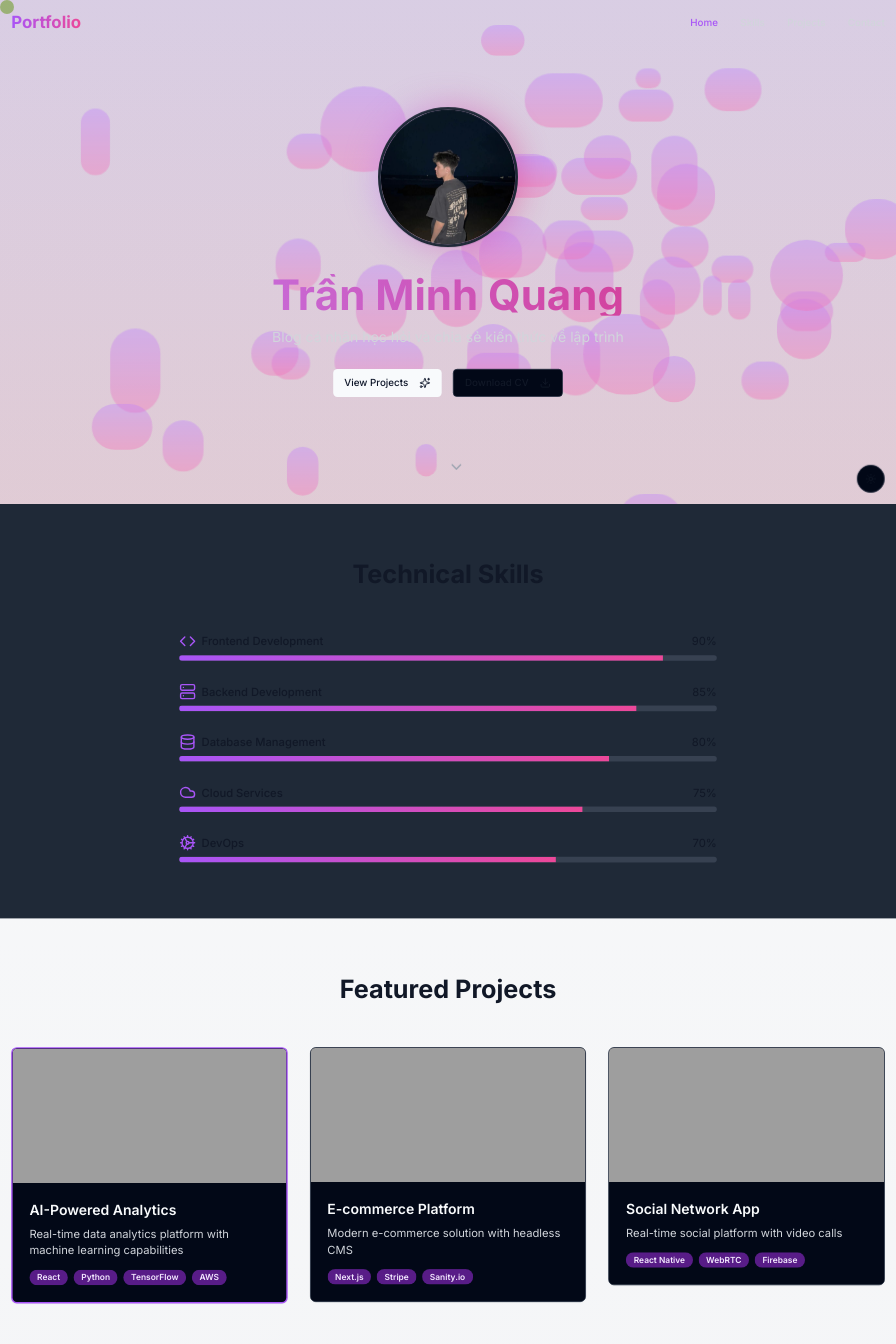
Repository: minhquang203/blog
Page: /
These files come from the project's save history. The page is drawn as it stood at one moment and after the next save; the edit follows.
The browser window is 1280 px wide. The pictures show the part of the page from y = 0 to 1920 px (the page is 2676 px tall), at 70% of full size.
Pictures or frames that could not be fetched are drawn as grey boxes. The project was rebuilt for these pictures with package versions that can differ from the ones it lists, and the page was loaded fresh each time. The framework's server and built-in components were replaced by stand-ins that run in the browser. Also part of the build but not shown: next.config.ts.

Above is the page before, as saved 2024-12-24 18:16:33.

### app/layout.tsx
import { Inter } from 'next/font/google'
import './globals.css'

const inter = Inter({ subsets: ['latin'] })

export default function RootLayout({
  children,
}: {
  children: React.ReactNode
}) {
  return (
    <html lang="en" className="scroll-smooth">
      <head>
        <title>Minh Quang - Web Developer Portfolio</title>
        <meta name="description" content="Full Stack Web Developer specializing in React, Node.js, and modern web technologies" />
      </head>
      <body className={`${inter.className} dark:bg-gray-900`}>
        {children}
      </body>
    </html>
  )
}

### app/page.tsx
"use client";

import { ContactForm } from "@/components/ContactForm";
import { Navbar } from "@/components/Navbar";
import { ProjectCard } from "@/components/ProjectCard";
import { SkillBar } from "@/components/SkillBar";
import { Button } from "@/components/ui/button";
import { motion, useScroll } from "framer-motion";
import {
  ChevronDown,
  Cloud,
  Code,
  Cog,
  Database,
  Download,
  Github,
  Globe,
  Linkedin,
  Mail,
  Moon,
  Server,
  Sparkles,
  Sun,
} from "lucide-react";
import dynamic from "next/dynamic";
import Image from "next/image";
import { useState } from "react";

const AnimatedBackground = dynamic(
  () => import("@/components/AnimatedBackground"),
  { ssr: false }
);
const AnimatedCursor = dynamic(() => import("@/components/AnimatedCursor"), {
  ssr: false,
});

const fadeInUp = {
  hidden: { opacity: 0, y: 20 },
  visible: { opacity: 1, y: 0, transition: { duration: 0.6 } },
};

export default function Home() {
  const [theme, setTheme] = useState("dark");
  const { scrollY } = useScroll();
  const [activeSection, setActiveSection] = useState("home");

  const skills = [
    { name: "Frontend Development", level: 90, icon: Code },
    { name: "Backend Development", level: 85, icon: Server },
    { name: "Database Management", level: 80, icon: Database },
    { name: "Cloud Services", level: 75, icon: Cloud },
    { name: "DevOps", level: 70, icon: Cog },
  ];

  const projects = [
    {
      title: "AI-Powered Analytics",
      description:
        "Real-time data analytics platform with machine learning capabilities",
      image: "/placeholder.svg?height=400&width=600",
      tags: ["React", "Python", "TensorFlow", "AWS"],
      link: "#",
      featured: true,
    },
    {
      title: "E-commerce Platform",
      description: "Modern e-commerce solution with headless CMS",
      image: "/placeholder.svg?height=400&width=600",
      tags: ["Next.js", "Stripe", "Sanity.io"],
      link: "#",
    },
    {
      title: "Social Network App",
      description: "Real-time social platform with video calls",
      image: "/placeholder.svg?height=400&width=600",
      tags: ["React Native", "WebRTC", "Firebase"],
      link: "#",
    },
  ];

  const toggleTheme = () => {
    setTheme(theme === "dark" ? "light" : "dark");
    document.documentElement.classList.toggle("dark");
  };

  return (
    <div
      className={`min-h-screen bg-gradient-to-b from-gray-50 to-gray-100 dark:from-gray-900 dark:to-gray-800 text-gray-900 dark:text-white transition-colors duration-300 ${theme}`}
    >
      <AnimatedCursor />
      <Navbar
        activeSection={activeSection}
        setActiveSection={setActiveSection}
      />

      {/* Hero Section */}
      <section
        id="home"
        className="relative min-h-screen flex items-center justify-center overflow-hidden"
      >
        <AnimatedBackground />
        <div className="container mx-auto px-4 z-10">
          <motion.div
            initial={{ opacity: 0, y: 20 }}
            animate={{ opacity: 1, y: 0 }}
            transition={{ duration: 0.8 }}
            className="text-center"
          >
            <motion.div
              initial={{ scale: 0 }}
              animate={{ scale: 1 }}
              transition={{ type: "spring", stiffness: 260, damping: 20 }}
              className="relative inline-block mb-8"
            >
              <div className="absolute inset-0 animate-pulse bg-gradient-to-r from-purple-400 to-pink-600 rounded-full blur-xl opacity-50"></div>
              <Image
                src="/minhquang.jpg?height=200&width=200"
                alt="Profile"
                width={200}
                height={200}
                className="rounded-full relative z-10 border-4 border-white dark:border-gray-800"
              />
            </motion.div>
            <motion.h1
              className="text-6xl font-bold mb-4 bg-clip-text text-transparent bg-gradient-to-r from-purple-400 to-pink-600"
              initial={{ opacity: 0 }}
              animate={{ opacity: 1 }}
              transition={{ delay: 0.2 }}
            >
              Trần Minh Quang
            </motion.h1>
            <motion.p
              className="text-xl mb-8 text-gray-600 dark:text-gray-300"
              initial={{ opacity: 0 }}
              animate={{ opacity: 1 }}
              transition={{ delay: 0.3 }}
            >
              Blog cá nhân học hỏi và chia sẻ kiến thức về lập trình
            </motion.p>
            <motion.div
              initial={{ opacity: 0 }}
              animate={{ opacity: 1 }}
              transition={{ delay: 0.4 }}
              className="flex justify-center gap-4"
            >
              <Button className="group">
                View Projects
                <Sparkles className="ml-2 h-4 w-4 transition-transform group-hover:rotate-12" />
              </Button>
              <Button variant="outline" className="group">
                Download CV
                <Download className="ml-2 h-4 w-4 transition-transform group-hover:-translate-y-1" />
              </Button>
            </motion.div>
          </motion.div>
        </div>
        <motion.div
          animate={{ y: [0, -10, 0] }}
          transition={{ duration: 2, repeat: Infinity }}
          className="absolute bottom-10 left-1/2 transform -translate-x-1/2"
        >
          <ChevronDown className="h-6 w-6 text-gray-400" />
        </motion.div>
      </section>

      {/* Skills Section */}
      <section id="skills" className="py-20 bg-white dark:bg-gray-800">
        <div className="container mx-auto px-4">
          <motion.h2
            className="text-4xl font-bold text-center mb-16"
            initial={{ opacity: 0 }}
            whileInView={{ opacity: 1 }}
            viewport={{ once: true }}
          >
            Technical Skills
          </motion.h2>
          <div className="max-w-3xl mx-auto space-y-8">
            {skills.map((skill, index) => (
              <SkillBar key={index} skill={skill} index={index} />
            ))}
          </div>
        </div>
      </section>

      {/* Projects Section */}
      <section id="projects" className="py-20">
        <div className="container mx-auto px-4">
          <motion.h2
            className="text-4xl font-bold text-center mb-16"
            initial={{ opacity: 0 }}
            whileInView={{ opacity: 1 }}
            viewport={{ once: true }}
          >
            Featured Projects
          </motion.h2>
          <div className="grid grid-cols-1 md:grid-cols-2 lg:grid-cols-3 gap-8">
            {projects.map((project, index) => (
              <ProjectCard key={index} project={project} index={index} />
            ))}
          </div>
        </div>
      </section>

      {/* Contact Section */}
      <section id="contact" className="py-20 bg-white dark:bg-gray-800">
        <div className="container mx-auto px-4">
          <motion.h2
            className="text-4xl font-bold text-center mb-16"
            initial={{ opacity: 0 }}
            whileInView={{ opacity: 1 }}
            viewport={{ once: true }}
          >
            Let's Connect
          </motion.h2>
          <div className="max-w-4xl mx-auto">
            <ContactForm />
          </div>
          <motion.div
            className="flex justify-center space-x-6 mt-12"
            initial={{ opacity: 0 }}
            whileInView={{ opacity: 1 }}
            viewport={{ once: true }}
          >
            {[
              { icon: Github, href: "https://github.com", label: "GitHub" },
              {
                icon: Linkedin,
                href: "https://linkedin.com",
                label: "LinkedIn",
              },
              {
                icon: Mail,
                href: "mailto:contact@example.com",
                label: "Email",
              },
              { icon: Globe, href: "https://example.com", label: "Website" },
            ].map((item, index) => (
              <motion.a
                key={index}
                href={item.href}
                target="_blank"
                rel="noopener noreferrer"
                className="social-icon p-3 rounded-full bg-gray-100 dark:bg-gray-700 hover:bg-purple-100 dark:hover:bg-purple-900 transition-colors"
                whileHover={{ scale: 1.1 }}
                whileTap={{ scale: 0.95 }}
              >
                <item.icon className="h-6 w-6" />
                <span className="sr-only">{item.label}</span>
              </motion.a>
            ))}
          </motion.div>
        </div>
      </section>

      <Button
        className="fixed bottom-4 right-4 rounded-full p-2"
        variant="outline"
        size="icon"
        onClick={toggleTheme}
      >
        {theme === "dark" ? (
          <Sun className="h-5 w-5" />
        ) : (
          <Moon className="h-5 w-5" />
        )}
      </Button>
    </div>
  );
}

### components/ContactForm.tsx
'use client'

import { useState } from 'react'
import { motion } from 'framer-motion'
import { Button } from "@/components/ui/button"
import { Send } from 'lucide-react'

export function ContactForm() {
  const [isSubmitting, setIsSubmitting] = useState(false)

  const handleSubmit = async (e: React.FormEvent) => {
    e.preventDefault()
    setIsSubmitting(true)
    // Add your form submission logic here
    await new Promise(resolve => setTimeout(resolve, 1000))
    setIsSubmitting(false)
  }

  return (
    <motion.form
      initial={{ opacity: 0 }}
      whileInView={{ opacity: 1 }}
      viewport={{ once: true }}
      className="space-y-6"
      onSubmit={handleSubmit}
    >
      <div className="grid grid-cols-1 md:grid-cols-2 gap-6">
        <div>
          <label htmlFor="name" className="block text-sm font-medium mb-2">Name</label>
          <input
            type="text"
            id="name"
            required
            className="w-full p-3 rounded-lg bg-gray-100 dark:bg-gray-700 border-2 border-transparent focus:border-purple-500 transition-colors"
          />
        </div>
        <div>
          <label htmlFor="email" className="block text-sm font-medium mb-2">Email</label>
          <input
            type="email"
            id="email"
            required
            className="w-full p-3 rounded-lg bg-gray-100 dark:bg-gray-700 border-2 border-transparent focus:border-purple-500 transition-colors"
          />
        </div>
      </div>
      <div>
        <label htmlFor="message" className="block text-sm font-medium mb-2">Message</label>
        <textarea
          id="message"
          required
          rows={6}
          className="w-full p-3 rounded-lg bg-gray-100 dark:bg-gray-700 border-2 border-transparent focus:border-purple-500 transition-colors"
        ></textarea>
      </div>
      <Button
        type="submit"
        className="w-full md:w-auto"
        disabled={isSubmitting}
      >
        {isSubmitting ? (
          'Sending...'
        ) : (
          <>
            Send Message
            <Send className="ml-2 h-4 w-4" />
          </>
        )}
      </Button>
    </motion.form>
  )
}

### components/ProjectCard.tsx
'use client'

import Image from 'next/image'
import { motion } from 'framer-motion'
import { Card, CardContent } from "@/components/ui/card"
import { Badge } from "@/components/ui/badge"
import { ExternalLink, Github } from 'lucide-react'

interface ProjectCardProps {
  project: {
    title: string
    description: string
    image: string
    tags: string[]
    link: string
    featured?: boolean
  }
  index: number
}

export function ProjectCard({ project, index }: ProjectCardProps) {
  return (
    <motion.div
      initial={{ opacity: 0, y: 50 }}
      whileInView={{ opacity: 1, y: 0 }}
      transition={{ duration: 0.5, delay: index * 0.1 }}
    >
      <Card className={`overflow-hidden hover:shadow-xl transition-shadow duration-300 ${
        project.featured ? 'border-2 border-purple-500' : ''
      }`}>
        <div className="relative group">
          <Image
            src={project.image}
            alt={project.title}
            width={600}
            height={400}
            className="w-full h-48 object-cover transition-transform duration-300 group-hover:scale-110"
          />
          <div className="absolute inset-0 bg-black bg-opacity-50 opacity-0 group-hover:opacity-100 transition-opacity duration-300 flex items-center justify-center">
            <div className="flex space-x-4">
              <a
                href={project.link}
                target="_blank"
                rel="noopener noreferrer"
                className="p-2 bg-white rounded-full hover:bg-purple-500 hover:text-white transition-colors"
              >
                <ExternalLink className="h-6 w-6" />
              </a>
              <a
                href="#"
                target="_blank"
                rel="noopener noreferrer"
                className="p-2 bg-white rounded-full hover:bg-purple-500 hover:text-white transition-colors"
              >
                <Github className="h-6 w-6" />
              </a>
            </div>
          </div>
        </div>
        <CardContent className="p-6">
          <h3 className="text-xl font-semibold mb-2">{project.title}</h3>
          <p className="text-gray-600 dark:text-gray-300 mb-4">{project.description}</p>
          <div className="flex flex-wrap gap-2">
            {project.tags.map((tag, tagIndex) => (
              <Badge key={tagIndex} variant="secondary" className="bg-purple-100 dark:bg-purple-900 text-purple-800 dark:text-purple-100">
                {tag}
              </Badge>
            ))}
          </div>
        </CardContent>
      </Card>
    </motion.div>
  )
}

### components/SkillBar.tsx
'use client'

import { motion } from 'framer-motion'
import { type LucideIcon } from 'lucide-react'

interface SkillBarProps {
  skill: {
    name: string
    level: number
    icon: LucideIcon
  }
  index: number
}

export function SkillBar({ skill, index }: SkillBarProps) {
  return (
    <motion.div
      initial={{ opacity: 0, x: -50 }}
      whileInView={{ opacity: 1, x: 0 }}
      transition={{ duration: 0.5, delay: index * 0.1 }}
      className="relative"
    >
      <div className="flex items-center mb-2">
        <skill.icon className="h-6 w-6 mr-2 text-purple-500" />
        <span className="font-medium">{skill.name}</span>
        <span className="ml-auto">{skill.level}%</span>
      </div>
      <div className="h-2 bg-gray-200 dark:bg-gray-700 rounded-full overflow-hidden">
        <motion.div
          className="h-full bg-gradient-to-r from-purple-500 to-pink-500"
          initial={{ width: 0 }}
          whileInView={{ width: `${skill.level}%` }}
          transition={{ duration: 1, delay: index * 0.1 }}
        />
      </div>
    </motion.div>
  )
}

### components/ui/button.tsx
import * as React from "react"
import { Slot } from "@radix-ui/react-slot"
import { cva, type VariantProps } from "class-variance-authority"

import { cn } from "@/lib/utils"

const buttonVariants = cva(
  "inline-flex items-center justify-center gap-2 whitespace-nowrap rounded-md text-sm font-medium ring-offset-background transition-colors focus-visible:outline-none focus-visible:ring-2 focus-visible:ring-ring focus-visible:ring-offset-2 disabled:pointer-events-none disabled:opacity-50 [&_svg]:pointer-events-none [&_svg]:size-4 [&_svg]:shrink-0",
  {
    variants: {
      variant: {
        default: "bg-primary text-primary-foreground hover:bg-primary/90",
        destructive:
          "bg-destructive text-destructive-foreground hover:bg-destructive/90",
        outline:
          "border border-input bg-background hover:bg-accent hover:text-accent-foreground",
        secondary:
          "bg-secondary text-secondary-foreground hover:bg-secondary/80",
        ghost: "hover:bg-accent hover:text-accent-foreground",
        link: "text-primary underline-offset-4 hover:underline",
      },
      size: {
        default: "h-10 px-4 py-2",
        sm: "h-9 rounded-md px-3",
        lg: "h-11 rounded-md px-8",
        icon: "h-10 w-10",
      },
    },
    defaultVariants: {
      variant: "default",
      size: "default",
    },
  }
)

export interface ButtonProps
  extends React.ButtonHTMLAttributes<HTMLButtonElement>,
    VariantProps<typeof buttonVariants> {
  asChild?: boolean
}

const Button = React.forwardRef<HTMLButtonElement, ButtonProps>(
  ({ className, variant, size, asChild = false, ...props }, ref) => {
    const Comp = asChild ? Slot : "button"
    return (
      <Comp
        className={cn(buttonVariants({ variant, size, className }))}
        ref={ref}
        {...props}
      />
    )
  }
)
Button.displayName = "Button"

export { Button, buttonVariants }

### components/AnimatedBackground.tsx
'use client'

import { motion } from 'framer-motion'

export default function AnimatedBackground() {
  return (
    <div className="absolute inset-0 overflow-hidden">
      <div className="absolute inset-0 bg-gradient-to-b from-purple-500/10 to-pink-500/10 dark:from-purple-900/20 dark:to-pink-900/20" />
      {[...Array(50)].map((_, i) => (
        <motion.div
          key={i}
          className="absolute bg-gradient-to-b from-purple-400 to-pink-400 rounded-full opacity-20 dark:opacity-40"
          initial={{
            x: Math.random() * window.innerWidth,
            y: Math.random() * window.innerHeight,
            scale: Math.random() * 0.5 + 0.5,
          }}
          animate={{
            x: Math.random() * window.innerWidth,
            y: Math.random() * window.innerHeight,
            transition: {
              duration: Math.random() * 10 + 20,
              repeat: Infinity,
              repeatType: "reverse",
            },
          }}
          style={{
            width: Math.random() * 100 + 50,
            height: Math.random() * 100 + 50,
          }}
        />
      ))}
    </div>
  )
}

### components/AnimatedCursor.tsx
'use client'

import { useEffect, useState } from 'react'
import { motion, useSpring } from 'framer-motion'

export default function AnimatedCursor() {
  const [mousePosition, setMousePosition] = useState({ x: 0, y: 0 })
  const [isClient, setIsClient] = useState(false)

  const smoothMouse = useSpring(mousePosition)

  useEffect(() => {
    setIsClient(true)
    const updateMousePosition = (e: MouseEvent) => {
      setMousePosition({ x: e.clientX, y: e.clientY })
    }

    window.addEventListener('mousemove', updateMousePosition)
    return () => window.removeEventListener('mousemove', updateMousePosition)
  }, [])

  if (!isClient) return null

  return (
    <motion.div
      className="fixed top-0 left-0 pointer-events-none z-50 rounded-full mix-blend-difference"
      style={{
        x: smoothMouse.x,
        y: smoothMouse.y,
        width: 20,
        height: 20,
        backgroundColor: 'rgba(124, 58, 237, 0.5)',
      }}
    />
  )
}

### components/ui/card.tsx
import * as React from "react"

import { cn } from "@/lib/utils"

const Card = React.forwardRef<
  HTMLDivElement,
  React.HTMLAttributes<HTMLDivElement>
>(({ className, ...props }, ref) => (
  <div
    ref={ref}
    className={cn(
      "rounded-lg border bg-card text-card-foreground shadow-sm",
      className
    )}
    {...props}
  />
))
Card.displayName = "Card"

const CardHeader = React.forwardRef<
  HTMLDivElement,
  React.HTMLAttributes<HTMLDivElement>
>(({ className, ...props }, ref) => (
  <div
    ref={ref}
    className={cn("flex flex-col space-y-1.5 p-6", className)}
    {...props}
  />
))
CardHeader.displayName = "CardHeader"

const CardTitle = React.forwardRef<
  HTMLDivElement,
  React.HTMLAttributes<HTMLDivElement>
>(({ className, ...props }, ref) => (
  <div
    ref={ref}
    className={cn(
      "text-2xl font-semibold leading-none tracking-tight",
      className
    )}
    {...props}
  />
))
CardTitle.displayName = "CardTitle"

const CardDescription = React.forwardRef<
  HTMLDivElement,
  React.HTMLAttributes<HTMLDivElement>
>(({ className, ...props }, ref) => (
  <div
    ref={ref}
    className={cn("text-sm text-muted-foreground", className)}
    {...props}
  />
))
CardDescription.displayName = "CardDescription"

const CardContent = React.forwardRef<
  HTMLDivElement,
  React.HTMLAttributes<HTMLDivElement>
>(({ className, ...props }, ref) => (
  <div ref={ref} className={cn("p-6 pt-0", className)} {...props} />
))
CardContent.displayName = "CardContent"

const CardFooter = React.forwardRef<
  HTMLDivElement,
  React.HTMLAttributes<HTMLDivElement>
>(({ className, ...props }, ref) => (
  <div
    ref={ref}
    className={cn("flex items-center p-6 pt-0", className)}
    {...props}
  />
))
CardFooter.displayName = "CardFooter"

export { Card, CardHeader, CardFooter, CardTitle, CardDescription, CardContent }

### components/ui/badge.tsx
import * as React from "react"
import { cva, type VariantProps } from "class-variance-authority"

import { cn } from "@/lib/utils"

const badgeVariants = cva(
  "inline-flex items-center rounded-full border px-2.5 py-0.5 text-xs font-semibold transition-colors focus:outline-none focus:ring-2 focus:ring-ring focus:ring-offset-2",
  {
    variants: {
      variant: {
        default:
          "border-transparent bg-primary text-primary-foreground hover:bg-primary/80",
        secondary:
          "border-transparent bg-secondary text-secondary-foreground hover:bg-secondary/80",
        destructive:
          "border-transparent bg-destructive text-destructive-foreground hover:bg-destructive/80",
        outline: "text-foreground",
      },
    },
    defaultVariants: {
      variant: "default",
    },
  }
)

export interface BadgeProps
  extends React.HTMLAttributes<HTMLDivElement>,
    VariantProps<typeof badgeVariants> {}

function Badge({ className, variant, ...props }: BadgeProps) {
  return (
    <div className={cn(badgeVariants({ variant }), className)} {...props} />
  )
}

export { Badge, badgeVariants }

Loaded but not shown: lib/utils.ts (common file); tailwind.config.ts (common file); app/globals.css (252 lines, source omitted); components/Navbar.tsx (117 lines, source omitted)

After the next save:
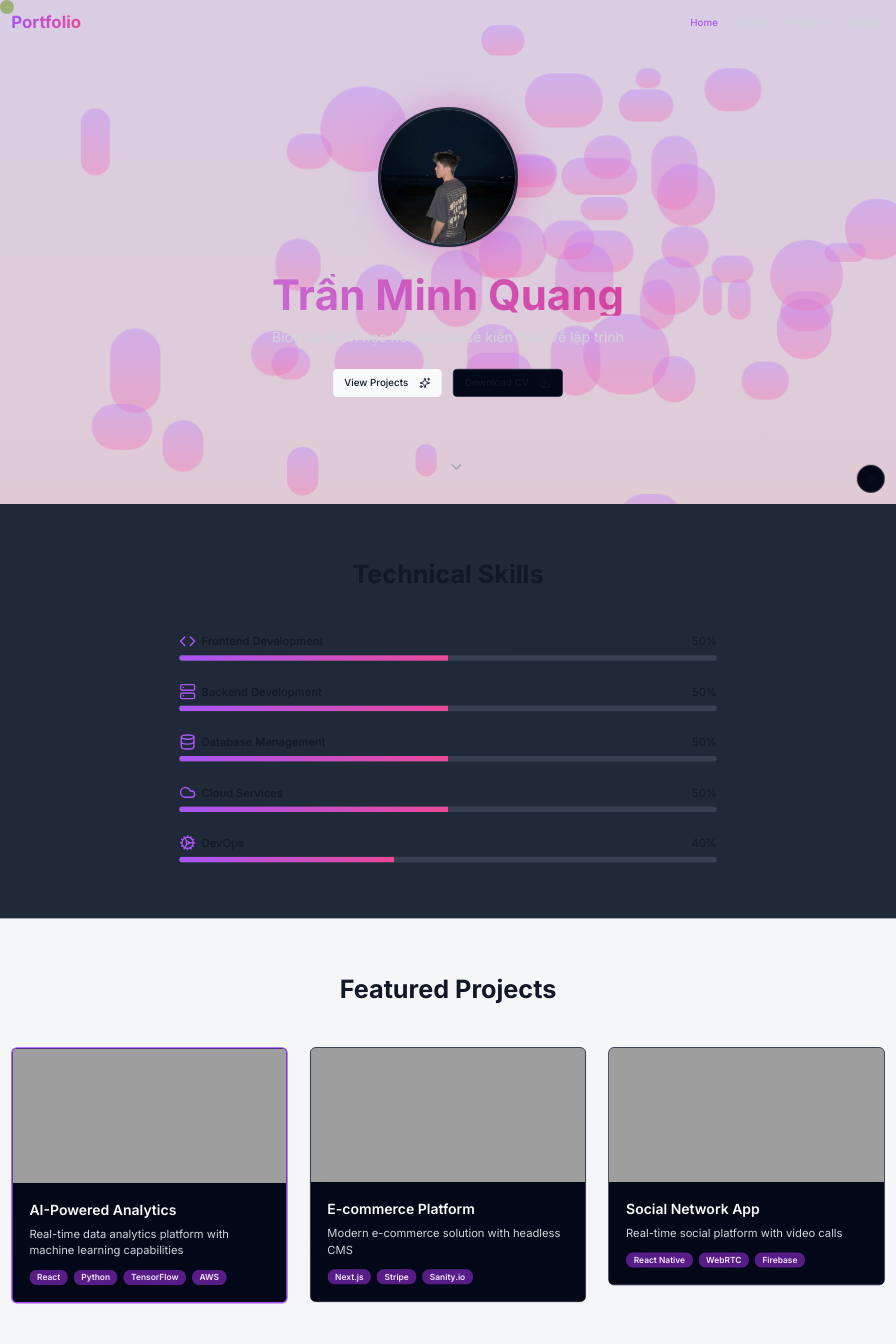
Saved 88 s later.
--- a/app/page.tsx
+++ b/app/page.tsx
@@ -45,11 +45,11 @@ export default function Home() {
   const [activeSection, setActiveSection] = useState("home");
 
   const skills = [
-    { name: "Frontend Development", level: 90, icon: Code },
-    { name: "Backend Development", level: 85, icon: Server },
-    { name: "Database Management", level: 80, icon: Database },
-    { name: "Cloud Services", level: 75, icon: Cloud },
-    { name: "DevOps", level: 70, icon: Cog },
+    { name: "Frontend Development", level:50, icon: Code },
+    { name: "Backend Development", level: 50, icon: Server },
+    { name: "Database Management", level: 50, icon: Database },
+    { name: "Cloud Services", level: 50, icon: Cloud },
+    { name: "DevOps", level: 40, icon: Cog },
   ];
 
   const projects = [
